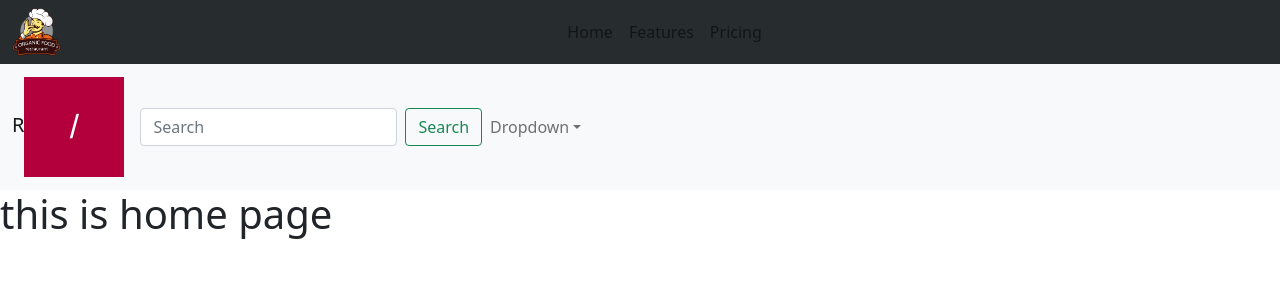
Repository: mdrubel02/organic-food-restaurnat
Page: /
The author's editor kept a copy of each file at every save. The page is drawn from the files as they stood at one save, then again after the next save.
The browser window is 1280 px wide. The pictures show the whole page.
The project was rebuilt for these pictures with package versions that can differ from the ones it lists, and the page was loaded fresh each time.

Above is the page before, as saved 2022-07-02 16:14:39.

### src/index.css
@import url('https://fonts.googleapis.com/css2?family=Poppins:wght@300;400;500;600&display=swap');

* {
    margin: 0;
    padding: 0;
    border: 0;
    outline: 0;
    box-sizing: border-box;
    list-style: none;
    text-decoration: none;
}

:root {
    --color-bg: #272D2F;
    --color-bg-variant: #ffec78;
    --color-primary: #eb671b;
    --color-primary-variant: #310e0e;

    --transition: all 400ms ease;
}

body {
    font-family: 'Poppins', sans-serif;
}

h1,
h2,
h3,
h4,
h5,
h6 {
    font-weight: 500;
}

a {
    color: var(--color-primary);
    transition: var(--transition);
}

a:hover {
    color: var(--color-white);
}

.button {
    text-align: center;
    width: max-content;
    display: inline-block;
    color: var(--color-primary);
    padding: 0.75rem 1.2rem;
    border-radius: 0.4rem;
    border: 1px solid var(--color-primary);
    transition: var(--transition);
}

.button:hover {
    background: var(--color-white);
    color: var(--color-bg);
    border-color: transparent;
}

.button-primary {
    background: var(--color-primary);
    color: var(--color-bg);
}

img {
    display: block;
    width: 100%;
    object-fit: cover;
}

### src/App.js
import { Route, Routes } from "react-router-dom";
import HeaderOne from "./Components/Header/HeaderOne.js";
import HeaderTwo from "./Components/Header/HeaderTwo.js";
import Home from "./Components/Home/Home";


function App() {
  return (
    <div>
      <HeaderOne />
      <HeaderTwo />
      <Routes>
        <Route path="/" element={<Home />} />
      </Routes>
    </div>
  );
}

export default App;

### src/Components/Header/HeaderOne.js
import React from 'react';
import './HeaderOne.css'
import Container from 'react-bootstrap/Container';
import { Navbar, Nav } from 'react-bootstrap';
import logo from '../../Accets/restaurant logo.png'
import { Link } from 'react-router-dom';

const HeaderOne = () => {
    return (
        <Navbar className='one'>
            <Container fluid>
                <Link to='/'>
                    <img className='logo img' src={logo} alt="" />
                </Link>
                <Nav className="mx-auto">
                    <Nav.Link href="#home">Home</Nav.Link>
                    <Nav.Link href="#features">Features</Nav.Link>
                    <Nav.Link href="#pricing">Pricing</Nav.Link>
                </Nav>
            </Container>
        </Navbar>
    );
};

export default HeaderOne;

### src/Components/Header/HeaderTwo.js
import React from 'react';
import { Button, Container, Form, Nav, Navbar, NavDropdown } from 'react-bootstrap';
import Avatar from 'react-avatar';
import logo from '../../Accets/restaurant logo.png'

const HeaderTwo = () => {
    return (
        <Navbar bg="light" expand="lg">
            <Container fluid>
                <Navbar.Brand href="#home">R
                    <Avatar name={logo}></Avatar>
                </Navbar.Brand>
                <Form className="d-flex">
                    <Form.Control
                        type="search"
                        placeholder="Search"
                        className="me-2"
                        aria-label="Search"
                    />
                    <Button variant="outline-success">Search</Button>
                </Form>

                <Nav
                    className="me-auto my-2 my-lg-0"
                    style={{ maxHeight: '100px' }}
                    navbarScroll
                >
                    <NavDropdown title="Dropdown" id="basic-nav-dropdown">
                        <NavDropdown.Item href="#action/3.1">Action</NavDropdown.Item>
                        <NavDropdown.Item href="#action/3.2">
                            Another action
                        </NavDropdown.Item>
                        <NavDropdown.Item href="#action/3.3">Something</NavDropdown.Item>
                        <NavDropdown.Divider />
                        <NavDropdown.Item href="#action/3.4">
                            Separated link
                        </NavDropdown.Item>
                    </NavDropdown>
                </Nav>


            </Container>
        </Navbar>
    );
};

export default HeaderTwo;

### src/Components/Home/Home.js
import React from 'react';

const Home = () => {
    return (
        <div>
            <h1>this is home page</h1>
        </div>
    );
};

export default Home;

### src/Components/Header/HeaderOne.css
.one{
    background-color: var(--color-bg);
}
.logo{
    height: 3rem;
}

Loaded but not shown: public/index.html (common file); src/index.js (common file); src/reportWebVitals.js (common file)

After the next save:
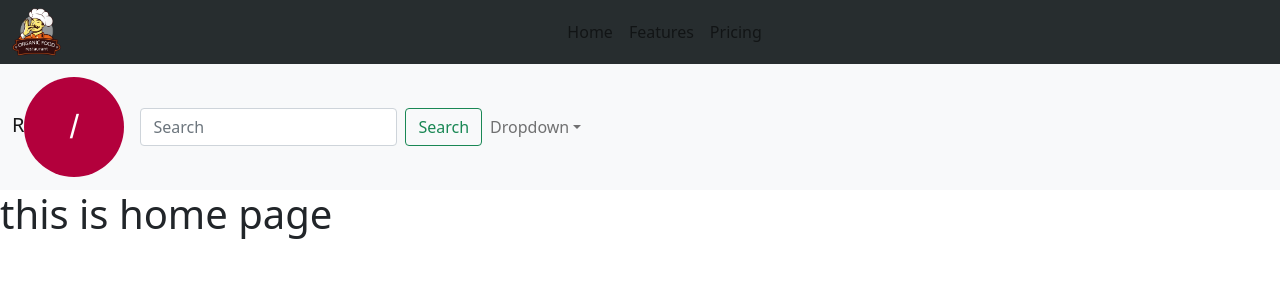
Saved 32 s later.
--- a/src/Components/Header/HeaderTwo.js
+++ b/src/Components/Header/HeaderTwo.js
@@ -8,7 +8,7 @@ const HeaderTwo = () => {
         <Navbar bg="light" expand="lg">
             <Container fluid>
                 <Navbar.Brand href="#home">R
-                    <Avatar name={logo}></Avatar>
+                    <Avatar name={logo} size="100" round={true}></Avatar>
                 </Navbar.Brand>
                 <Form className="d-flex">
                     <Form.Control
